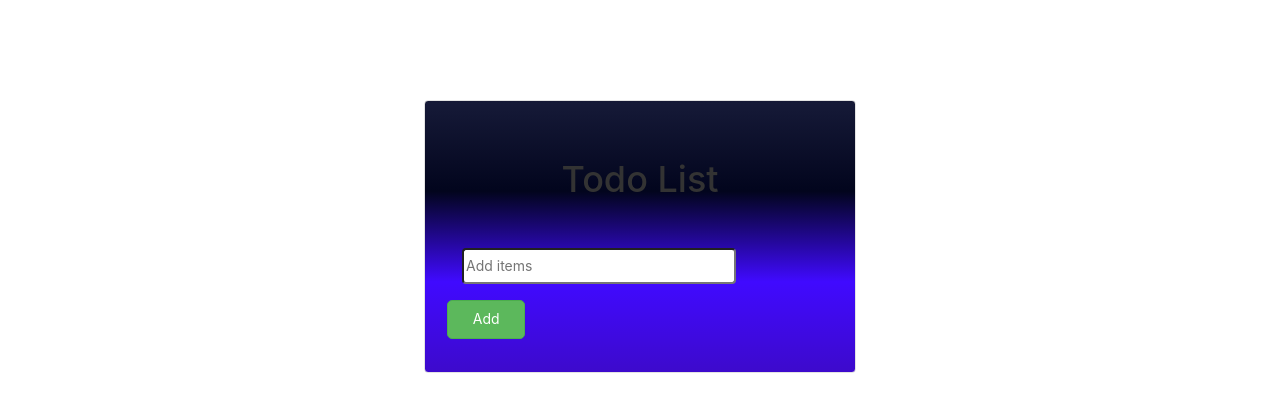
Repository: arpana23/Todo-list
Page: /
The author's editor kept a copy of each file at every save. The page is drawn from the files as they stood at one save, then again after the next save.
The browser window is 1280 px wide. The pictures show the whole page.
Some web libraries are served in a nearby version. The project was rebuilt for these pictures with package versions that can differ from the ones it lists, and the page was loaded fresh each time. Also part of the build but not shown: src/Todolist.js.

Above is the page before, as saved 2021-04-15 17:39:41.

After the next save:
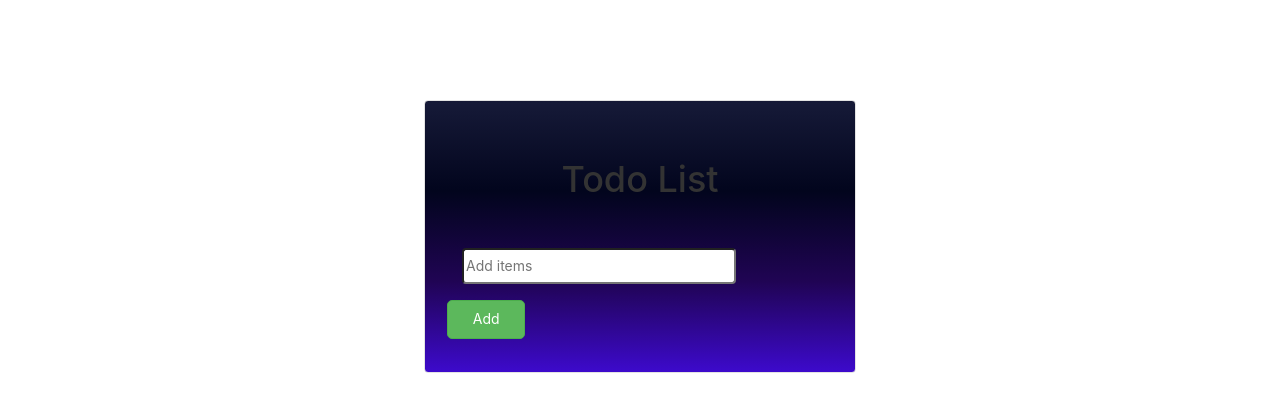
Saved 52 s later.
--- a/src/App.css
+++ b/src/App.css
@@ -16,7 +16,7 @@
 }
 
 .well {
-  background-image: linear-gradient(rgb(22, 26, 56),rgb(2, 5, 29),rgba(64, 10,1270.7),rgb(61, 10, 204));
+  background-image: linear-gradient(rgb(22, 26, 56),rgb(2, 5, 29),rgb(32, 4, 84),rgb(61, 10, 204));
   width: 40%;
 }
 
